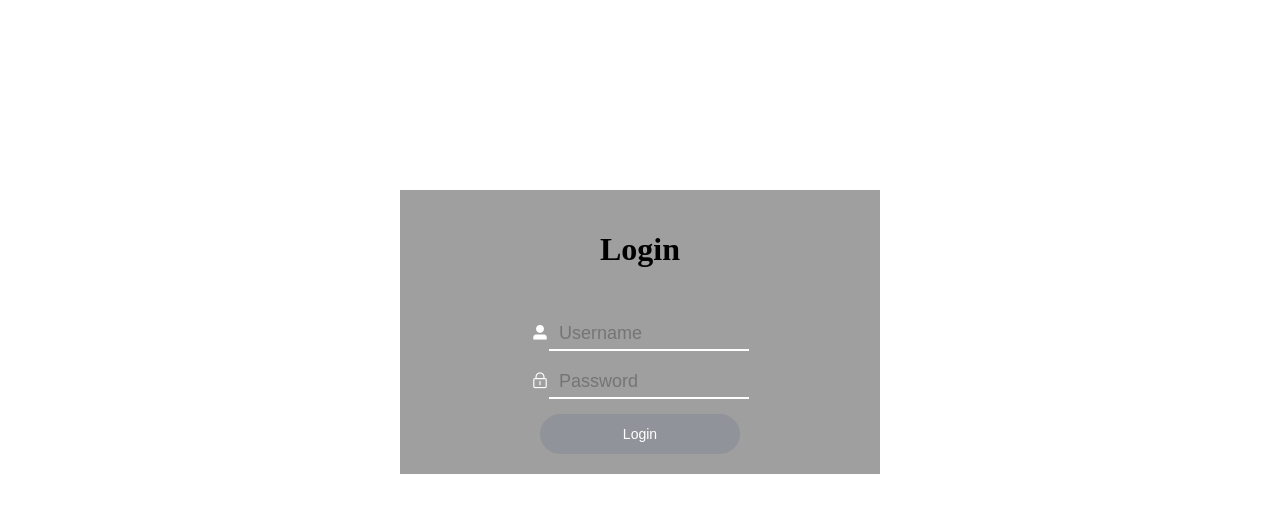
Repository: 951713487/net_shopping
Page: /
The author's editor kept a copy of each file at every save. The page is drawn from the files as they stood at one save, then again after the next save.
The browser window is 1280 px wide. The pictures show the whole page.
The project was rebuilt for these pictures with package versions that can differ from the ones it lists, and the page was loaded fresh each time.

Above is the page before, as saved 2020-03-17 17:31:10.

After the next save:
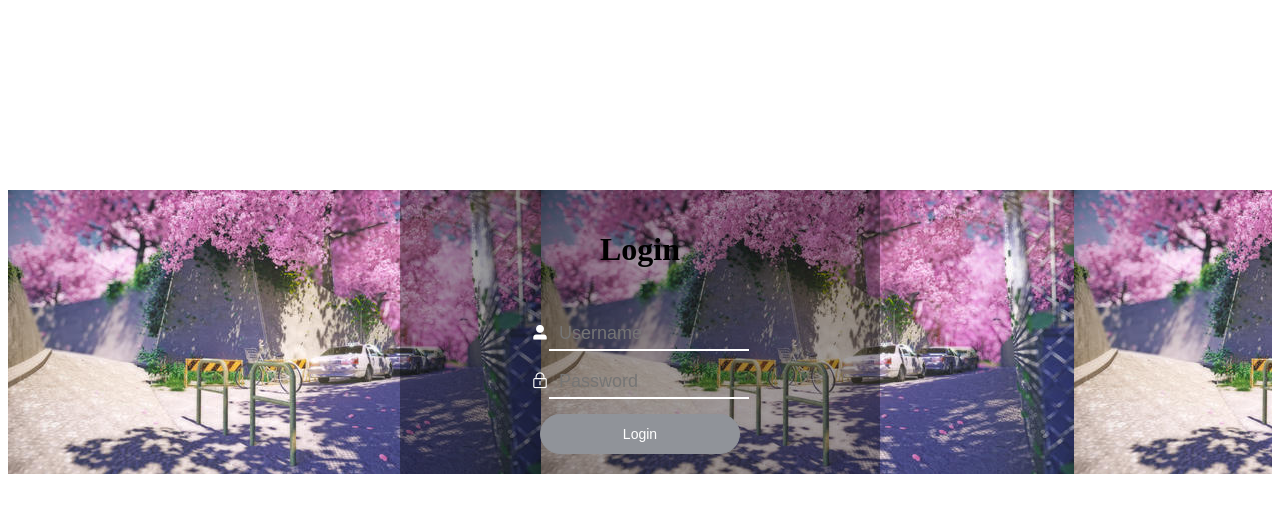
Saved 73 s later.
--- a/src/components/Login.vue
+++ b/src/components/Login.vue
@@ -63,6 +63,6 @@ export default {
   height: 30px center;
 }
 .background{
-
+    background-image: url(../img/background.jpg);
 }
 </style>
